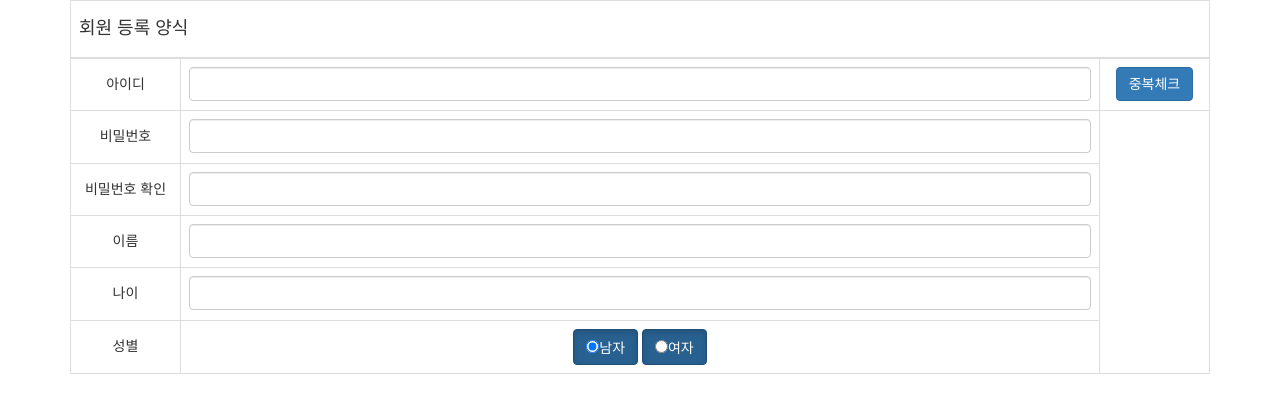
Repository: LJzero-dev/java-study
Page: http://localhost/test/
The author's editor kept a copy of each file at every save. The page is drawn from the files as they stood at one save, then again after the next save.
The browser window is 1280 px wide. The pictures show the whole page.
The page is served by Tomcat 9. Other server files are loaded and not shown.

Above is the page before, as saved 2023-06-07 11:17:54.

### web/test/WebContent/index.jsp
<%@ page language="java" contentType="text/html; charset=UTF-8" pageEncoding="UTF-8"%>
<!DOCTYPE html PUBLIC "-//W3C//DTD HTML 4.01 Transitional//EN" "http://www.w3.org/TR/html4/loose.dtd">
<html>
<head>
	<meta http-equiv="Content-Type" content="text/html; charset=UTF-8">
	<meta name="viewport" content="width=device-width, initial-scale=1">
	<link rel="stylesheet" href="css/bootstrap.css">
	<link rel="stylesheet" href="css/custom.css">
<title>Insert title here</title>
<script src="https://code.jquery.com/jquery-3.7.0.min.js" integrity="sha256-2Pmvv0kuTBOenSvLm6bvfBSSHrUJ+3A7x6P5Ebd07/g=" crossorigin="anonymous"></script>
<script src="js/bootstrap.js"></script>
</head>
<body>
	<div class="container">
		<form method="post" action="./userRegister">
			<table class = "table table-bordered table-hover" style="text-align:center; border:1px solid #dddddd">
				<thead>
					<tr>
						<th colspan="3"><h4>회원 등록 양식</h4></th>
					</tr>
				</thead>
				<tbody>
					<tr>
						<td style="width: 110px;"><h5>아이디</h5></td>
						<td><input class="form-control" type="text" id="userID" name="userID" maxlength="20"></td>
						<td style="width: 110px;" ><button class="btn btn-primary" onclick="registerCheckFunction();" type="button">중복체크</button></td>
					</tr>
					<tr>
						<td style="width: 110px;"><h5>비밀번호</h5></td>
						<td><input class="form-control" type="password" id="userPassword1" name="userPassWord1" maxlength="20" ></td>
					</tr>
					<tr>
						<td style="width: 110px;"><h5>비밀번호 확인</h5></td>
						<td><input class="form-control" type="password" id="userPassword2" name="userPassWord2" maxlength="20" ></td>
					</tr>
					<tr>
						<td style="width: 110px;"><h5>이름</h5></td>
						<td><input class="form-control" type="text" id="userName" name="userName" maxlength="20"></td>
					</tr>
					<tr>
						<td style="width: 110px;"><h5>나이</h5></td>
						<td><input class="form-control" type="text" id="userAge" name="userAge" maxlength="20"></td>
					</tr>
					<tr>
						<td style="width: 110px;"><h5>성별</h5></td>
						<td colspak="2">
							<div class="form-group" style="text-align:center; margin: 0 auto;">
								<label class="btn btn-primary active">
									<input type="radio" name="userGender" autocomplete="off" value="남자" checked>남자
								</label>
								<label class="btn btn-primary active">
									<input type="radio" name="userGender" autocomplete="off" value="여자" >여자
								</label>
							</div>
						</td>
					</tr>
				</tbody>
			</table>
		</form>
	</div>
</body>
</html>

Loaded but not shown: web/test/WebContent/css/bootstrap.css (library); web/test/WebContent/css/custom.css (common file); web/test/WebContent/js/bootstrap.js (library)

After the next save:
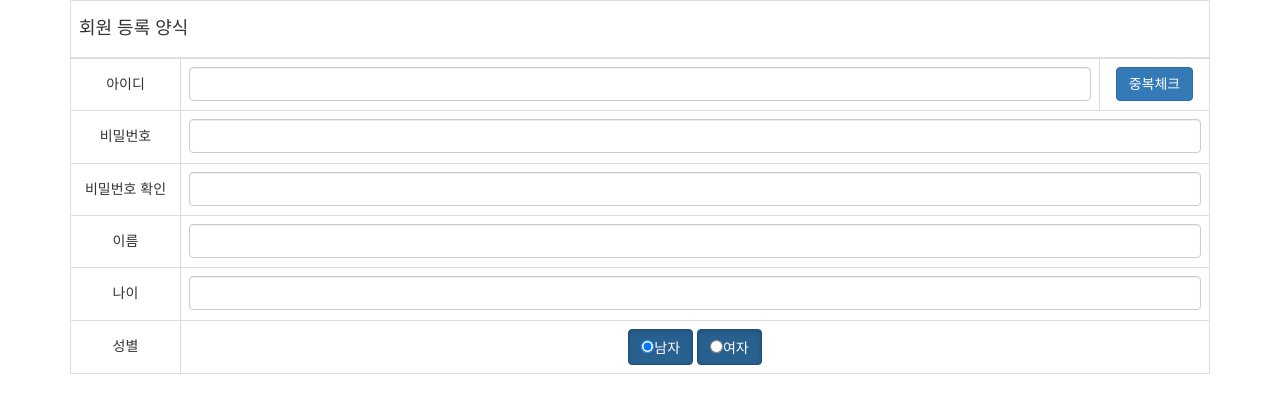
Saved 62 s later.
--- a/web/test/WebContent/index.jsp
+++ b/web/test/WebContent/index.jsp
@@ -27,23 +27,23 @@
 					</tr>
 					<tr>
 						<td style="width: 110px;"><h5>비밀번호</h5></td>
-						<td><input class="form-control" type="password" id="userPassword1" name="userPassWord1" maxlength="20" ></td>
+						<td colspan="2" ><input class="form-control" type="password" id="userPassword1" name="userPassWord1" maxlength="20" ></td>
 					</tr>
 					<tr>
 						<td style="width: 110px;"><h5>비밀번호 확인</h5></td>
-						<td><input class="form-control" type="password" id="userPassword2" name="userPassWord2" maxlength="20" ></td>
+						<td colspan="2" ><input class="form-control" type="password" id="userPassword2" name="userPassWord2" maxlength="20" ></td>
 					</tr>
 					<tr>
 						<td style="width: 110px;"><h5>이름</h5></td>
-						<td><input class="form-control" type="text" id="userName" name="userName" maxlength="20"></td>
+						<td colspan="2" ><input class="form-control" type="text" id="userName" name="userName" maxlength="20"></td>
 					</tr>
 					<tr>
 						<td style="width: 110px;"><h5>나이</h5></td>
-						<td><input class="form-control" type="text" id="userAge" name="userAge" maxlength="20"></td>
+						<td colspan="2" ><input class="form-control" type="text" id="userAge" name="userAge" maxlength="20"></td>
 					</tr>
 					<tr>
 						<td style="width: 110px;"><h5>성별</h5></td>
-						<td colspak="2">
+						<td colspan="2" >
 							<div class="form-group" style="text-align:center; margin: 0 auto;">
 								<label class="btn btn-primary active">
 									<input type="radio" name="userGender" autocomplete="off" value="남자" checked>남자
